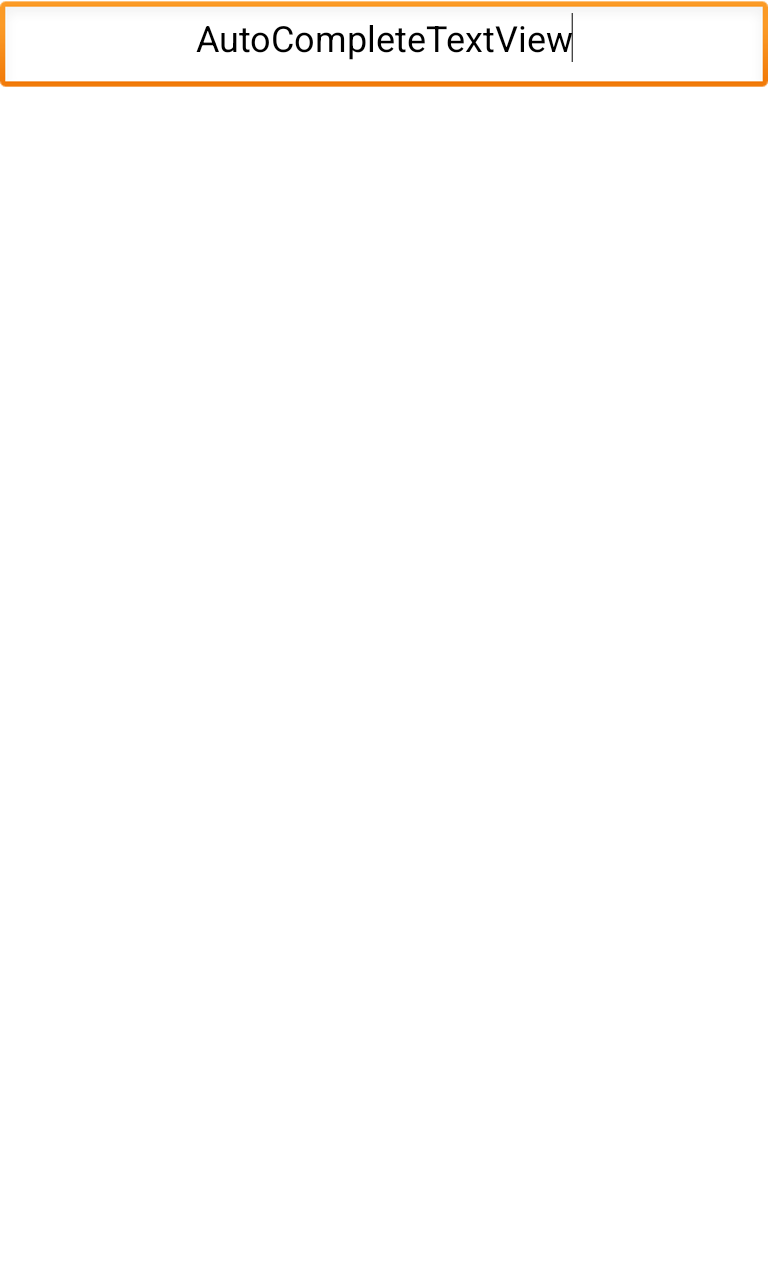
Repository: vinothsridhar/CrickBuzzChallenge
Layout: CricBuzzAndroidApp/res/layout/activity_playlist.xml
The author's editor kept a copy of each file at every save. The layout is drawn from the files as they stood at one save, then again after the next save.
It is drawn on a 768 x 1280 px phone screen (xhdpi) without system bars, with theme AppTheme; the app's code is not run.

Above is the layout before, as saved 2014-12-20 17:08:50.

### CricBuzzAndroidApp/res/layout/activity_playlist.xml
<RelativeLayout xmlns:android="http://schemas.android.com/apk/res/android"
    xmlns:tools="http://schemas.android.com/tools"
    android:layout_width="match_parent"
    android:layout_height="match_parent" >

    <AutoCompleteTextView
        android:id="@+id/playerSearch"
        android:layout_width="fill_parent"
        android:layout_height="wrap_content"
        android:ems="10"
        android:gravity="center_horizontal"
        android:text="AutoCompleteTextView" >

        <requestFocus />
    </AutoCompleteTextView>

    <ScrollView
        android:layout_width="fill_parent"
        android:layout_height="fill_parent"
        android:layout_below="@+id/playerSearch" >

        <LinearLayout
            android:id="@+id/playlistLayout"
            android:layout_width="fill_parent"
            android:layout_height="wrap_content"
            android:orientation="vertical" >
        </LinearLayout>
    </ScrollView>

</RelativeLayout>

### CricBuzzAndroidApp/res/values/styles.xml
<resources xmlns:android="http://schemas.android.com/apk/res/android">
    <style name="AppBaseTheme" parent="@android:style/Theme.Light.NoTitleBar">
    </style>

    <style name="AppTheme" parent="AppBaseTheme">
    </style>

    <style name="BoldText">
        <item name="android:textSize">@dimen/medium_text</item>
        <item name="android:textStyle">bold</item>
        <item name="android:padding">5dp</item>
    </style>

    <style name="TitleText">
        <item name="android:textSize">@dimen/big_text</item>
        <item name="android:background">@color/black</item>
        <item name="android:textColor">@color/white</item>
        <item name="android:textStyle">bold</item>
        <item name="android:gravity">center_vertical</item>
        <item name="android:padding">5dp</item>
    </style>

    <style name="TitleIcon" parent="@android:style/Widget.TabWidget">
        <item name="android:gravity">center_vertical</item>
        <item name="android:background">@drawable/tab_holo</item>
        <item name="android:paddingLeft">5dp</item>
        <item name="android:paddingRight">5dp</item>
    </style>

    <style name="TotalText" parent="BoldText">
        <item name="android:textColor">@color/black</item>
        <item name="android:background">@color/yellow</item>
        <item name="android:weightSum">2</item>
        <item name="android:gravity">center</item>
    </style>

    <style name="PlayerNameText">
        <item name="android:textColor">@color/black</item>
        <item name="android:textSize">@dimen/big_text</item>
        <item name="android:paddingLeft">10dp</item>
        <item name="android:textStyle">bold</item>
    </style>

    <style name="Button">
        <item name="android:width">60dp</item>
        <item name="android:height">40dp</item>
        <item name="android:textColor">@color/white</item>
        <item name="android:textSize">@dimen/medium_text</item>
        <item name="android:padding">5dp</item>
        <item name="android:textStyle">bold</item>
        <item name="android:background">@drawable/button_item</item>
    </style>

</resources>

After the next save:
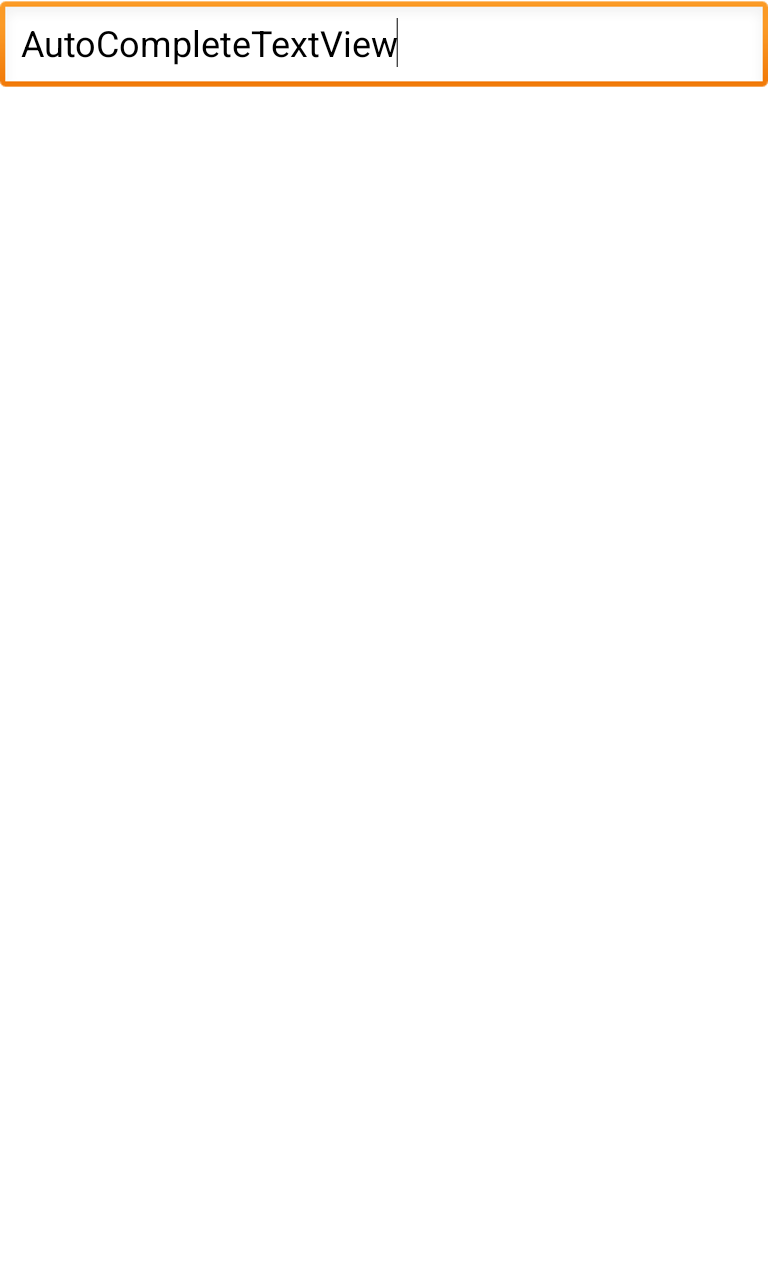
Saved 11 s later.
--- a/CricBuzzAndroidApp/res/layout/activity_playlist.xml
+++ b/CricBuzzAndroidApp/res/layout/activity_playlist.xml
@@ -8,7 +8,7 @@
         android:layout_width="fill_parent"
         android:layout_height="wrap_content"
         android:ems="10"
-        android:gravity="center_horizontal"
+        android:gravity="center_vertical"
         android:text="AutoCompleteTextView" >
 
         <requestFocus />
